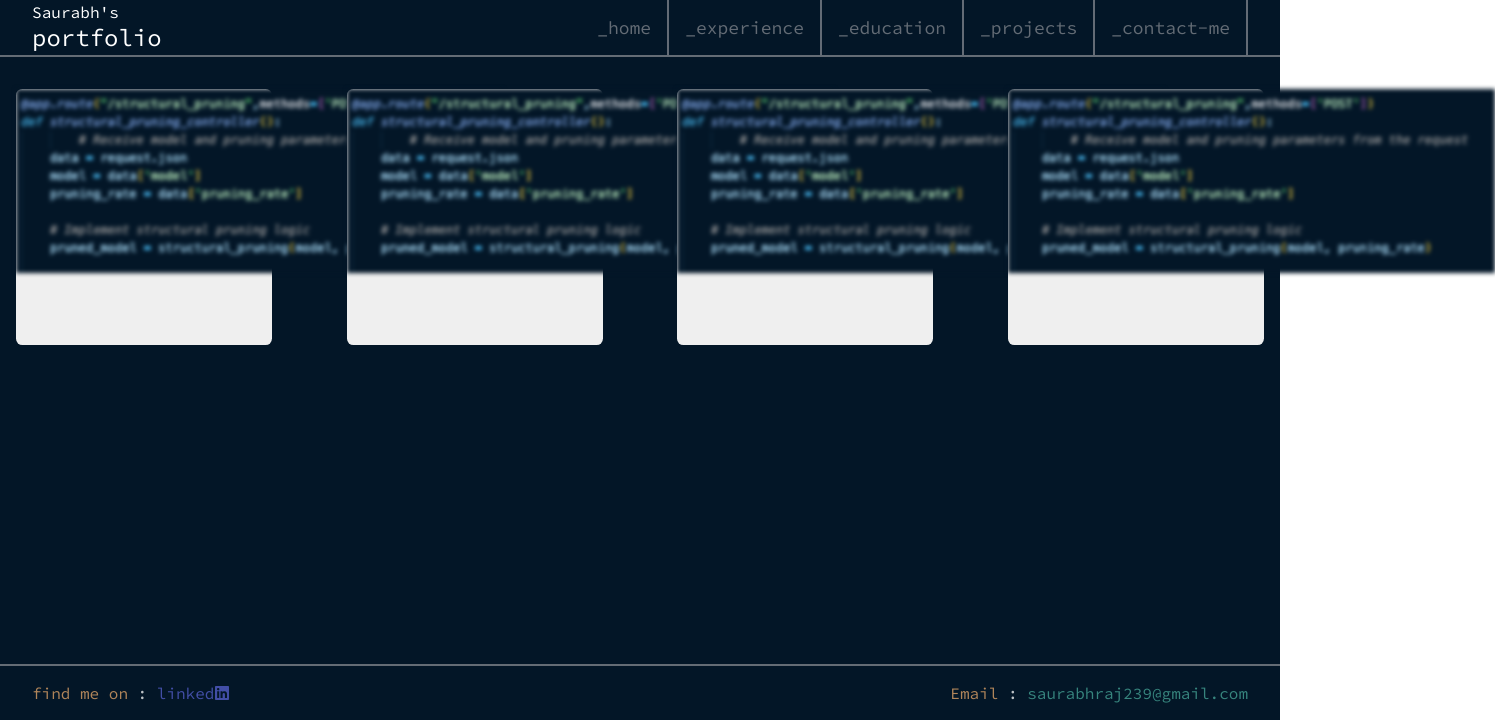
Repository: saurabhraj23/FrontendReactPortfolio
Page: /projects
An editor plug-in stored every save of this project. The page is shown before and after the next save, followed by the edit.
The browser window is 1280 px wide. The page is 1495 px wide, then 1280 px, so the pictures cover 1495 px, including what lies to the right of the window. The pictures show the whole page.
The project was rebuilt for these pictures with package versions that can differ from the ones it lists, and the page was loaded fresh each time. Also part of the build but not shown: vite.config.js, src/components/Education.jsx, src/components/Experience.jsx, src/components/Contacts.jsx, src/styles/default-page.css, src/components/DefaultPage.jsx.

Above is the page before, as saved 2024-07-23 15:02:38.

### index.html
<!doctype html>
<html lang="en">
  <head>
    <meta charset="UTF-8" />
    <link rel="icon" type="image/svg+xml" href="" />
    <meta name="viewport" content="width=device-width, initial-scale=1.0" />
    <title>Saurabh's portfolio</title>
  </head>
  <body>
    <div id="root"></div>
    <script type="module" src="/src/main.jsx"></script>
  </body>
</html>

### src/App.jsx
import React from "react";
import { BrowserRouter as Router, Route, Routes } from "react-router-dom";
import "./styles/App.css";
import Home from "./components/Home";
import Education from "./components/Education";
import Experience from "./components/Experience";
import Contacts from "./components/Contacts";
import Projects from "./components/Projects";
import Heading from "./components/Heading";
import Footer from "./components/Footer";
import DefaultPage from "./components/DefaultPage";

function App() {
  return (
    <div className="main">
      <Router>
        <Heading />
        <Routes>
          <Route path="/" element={<Home />}>
            <Route path="/" element={<DefaultPage />} />
            <Route path="/education" element={<Education />} />
            <Route path="/experience" element={<Experience />} />
            <Route path="/contacts" element={<Contacts />} />
            <Route path="/projects" element={<Projects />} />
          </Route>
        </Routes>
        <Footer />
      </Router>
    </div>
  );
}

export default App;

### src/styles/App.css
@import "./color.css";
@import "./experience.css";
@import "./education.css";
@import "./project.css";
@import "./header.css";
@import "./contact-me.css";
@import "./footer.css";
@import "./default-page.css";


*{
  margin:0;
  padding: 0;
  box-sizing: border-box;
  font-family: "Source Code Pro";
  font-weight: 400;
}

.main{
  background-color: var(--bg-color);
  color: var(--primary-white);
  height: 100vh;
  width: 100%;
  display: grid;
  grid-template-rows: 1fr 8fr 1fr;
  grid-template-columns: 4fr 3fr;
}

### src/components/Home.jsx
import React from "react";
import { Outlet } from "react-router-dom";

function Home() {
  return (
    <>
      <Outlet />
    </>
  );
}

export default Home;

### src/components/Projects.jsx
import React from "react";
import "../styles/App.css";
import { Link } from "react-router-dom";
import py from "../assets/py.png";
function Projects() {
  return (
    <>
      <div className="projects-left-side"></div>
      <div className="projects-right-side">
        <Link to={"https://github.com/saurabhraj23/OnlineBankingAppKPMG"}>
          <button className="project-item">
            <span>
              <span className="skills">
                <span className="skill-heading">Skills Used</span>
                <span>
                  Java , SpringBoot , React , Javascript , MYSQL , CSS , HTML
                </span>
              </span>
              <span>
                This Project was part of my KPMG Internship.In this I was
                assigned the task to implement security in the Web App.I have
                successfuly secured the app using RSA encryption technique.
              </span>
            </span>
            <span>OnlineBankingApp</span>
          </button>
        </Link>
        <Link to={"https://github.com/saurabhraj23/Glass-Portfolio"}>
          <button className="project-item">
            <span>
              <span className="skills">
                <span className="skill-heading">Skills Used :</span>
                <span>HTML , CSS , Javascript</span>
              </span>
              <span>
                The Website consists of some animation with glass design
                interface.Javascript DOM is used to perform click event.CSS
                property is extensively used to give the portfolio website a
                desirable look.
              </span>
            </span>
            <span>GlassPortfolio</span>
          </button>
        </Link>
        <Link to={"https://github.com/saurabhraj23/Denoising-Image"}>
          <button className="project-item">
            <span>
              <span className="skills">
                <span className="skill-heading">Skills Used</span>
                <span>Python , OpenCV</span>
              </span>
              <span>
                This project was meant to remove the periodic noise from the
                image by using Butterworth Low Pass Filter.
              </span>
            </span>
            <span>Denoising Image</span>
          </button>
        </Link>
        <Link to={"https://github.com/saurabhraj23/Pruning"}>
          <button className="project-item">
            <span>
              <span className="skills">
                <span className="skill-heading">Skills Used :</span>
                <span>Python , Flask , HuggingFace-cli , Linux</span>
              </span>
              <span>
                The Project aimed to demonstrate the capabilities of Kortex in
                enhancing AI-based operations within KPMG.I successfully
                completed the tasks assigned to me by implementing User
                Management functionalities , Optimizing and Prunining LLM models
                within Kortex.
              </span>
            </span>
            <span> Pruning of LLM</span>
          </button>
        </Link>
      </div>
    </>
  );
}

export default Projects;

### src/components/Heading.jsx
import React from "react";
import Navbar from "./Navbar";
function Heading() {
  return (
    <header className={"heading"}>
      <h2>
        <h6>Saurabh's</h6>
        portfolio
      </h2>
      <Navbar />
    </header>
  );
}

export default Heading;

### src/components/Footer.jsx
import React from "react";
import { Link } from "react-router-dom";
import { FaLinkedin } from "react-icons/fa";

function Footer() {
  return (
    <footer className="footer">
      <div>
        <span>find me on</span> <span>&nbsp;:</span>
        <Link to={"https://www.linkedin.com/in/saurabhraj239/"}>
          <span>
            &nbsp;linked
            <FaLinkedin />
          </span>
        </Link>
      </div>
      <div>
        <span>Email</span> <span> :</span>
        <span> saurabhraj239@gmail.com</span>
      </div>
    </footer>
  );
}

export default Footer;

### src/styles/color.css
@import url('https://fonts.googleapis.com/css2?family=Source+Code+Pro:ital,wght@0,200..900;1,200..900&display=swap');

:root {
--bg-color:#031627;
--primary-white:#fff;
--primary-dark:#d3d0d076;
--secondary-blue:#424ea6;
--tertiary-green:#37857e;
--tertiary-green-dark:#77E4C8;
--tertiary-brown-light:#D4BDAC;
--tertiary-orange:#b0855a;

}

### src/styles/experience.css
@import "./color.css";

.experience-left-side{
  display: none;
}
.experience-right-side{
  margin: 2rem;
  grid-column: 1/3;

}
.experience-right-side > div:first-child{
  display: flex;
  justify-content: space-between;
}
.experience-right-side>div:first-child>span:nth-child(2) span{
display: inline-block;
}
.experience-right-side>div:first-child>span:nth-child(2)>span:nth-child(2){
  animation: present 2s infinite alternate ease-in-out;

}

@keyframes present {
  from{

    opacity: 0;
  }
  to{

    opacity: 1;
  }
}

.experience-right-side>div:first-child>span:first-child{
  font-size: 1.4rem;
  color: var(--secondary-blue);
  font-weight: 600;
  margin-bottom: 3rem;
  text-decoration: underline;
}

.experience-right-side span{
  display: block;
}

.internship-details{
  display: flex;
  flex-direction: column;
}
.internship-details>span:first-child{
  font-size: 1.2rem;
  color: var(--tertiary-green);
  font-weight: 600;
  letter-spacing: 0.2rem;
  margin-bottom:1rem ;


}
.internship-details>span:nth-child(2){
  /* letter-spacing: 0.1rem; */
  color: var(--tertiary-brown-light);

}

.internship-details>span:nth-child(2)>span:first-child{
  font-size: 1.1rem;
  font-weight: 500;
  color: var(--tertiary-orange);

}


.internship-details>span:first-child span{
  display: inline-block;

}

.internship-details>span:nth-child(2)>span:first-child{
  letter-spacing: 0.2rem;
}

.internship-details>span:first-child>span:first-child{
  animation: arrowMove 1.6s infinite alternate ease-in-out;
  }

.fte-details{
  display: flex;
  flex-direction: column;
  margin-top: 2rem;

}
.fte-details>span:first-child{
  font-size: 1.2rem;
  color: var(--tertiary-green);
  font-weight: 600;
  letter-spacing: 0.2rem;
  margin-bottom: 1rem;

}

.fte-details>span:nth-child(2){
  color: var(--tertiary-brown-light);
}

.fte-details>span:nth-child(2)>span:nth-child(1)>span:first-child{
  color: var(--tertiary-orange);
  font-size: 1.1rem;
  font-weight: 500;
  }

.fte-details>span:nth-child(2)>span:nth-child(2)>span:first-child{
  letter-spacing: 0.2rem;
}
.fte-details>span:nth-child(2)>span:nth-child(1)>span:first-child{
  letter-spacing: 0.2rem;
}

.fte-details>span:nth-child(2)>span:nth-child(2){
  margin-top: 1rem;
}
.fte-details>span:nth-child(2)>span:nth-child(2)>span:first-child{
font-size: 1.1rem;
font-weight: 500;
color: var(--tertiary-orange);
}

.fte-details>span:first-child span{
  display: inline-block;
}

.fte-details>span:first-child>span:first-child{
animation: arrowMove 1.6s infinite alternate ease-in-out;
}

@keyframes arrowMove {
  from{
    transform: translateX(-0.6rem);
  }
  to{
    transform: translateX(0);
  }
}

.current-working  span{
  display: inline-block;
  animation: colorChange 2s infinite alternate ease-in-out ;

}

@keyframes colorChange {
  from{
color: var(--tertiary-brown-light);
  }

  to{
    color: var(--primary-white);

  }
}
.current-working{
  display: flex;
  flex-direction: row;
}

### src/styles/education.css
 @import "./color.css";

.education-left-side{
  display: none;
}
.education-right-side{
  margin: 2rem ;
  grid-column: 1/3;

}

.education-right-side{
  display: flex;
  flex-direction: column;
}

.degrees{
  display: flex;
  justify-content: space-between;
  margin-bottom: 2rem;
}

.degrees>span:first-child>h2{
  color: var(--tertiary-orange);
}
.degrees>span:first-child>h4{
  color: var(--tertiary-green);
}
.degrees>span:first-child>h5{
  color: var(--tertiary-brown-light);
  font-weight: 600;
}

.degrees>span:first-child>h3{
  display: flex;
  flex-direction: row;
}

.degrees>span:first-child>h3>span:nth-child(2){
  color: var(--tertiary-green-dark);
  animation: passed 2s infinite alternate ease-in-out;
}

@keyframes passed {
  from{
opacity: 0;
  }
  to{
opacity: 1;
  }
}
.degrees span:first-child {
  display: flex;
  flex-direction: column;
  gap: 0.6rem;
}
.degree-year{
  color: var(--tertiary-orange);
}

### src/styles/project.css
.projects-left-side{
  border: 1px solid red;
  display: none;
}
.projects-right-side{
  grid-column: 1/3;
  padding: 1rem;
  display: flex;
  justify-content: space-between;
  text-decoration: none;
  position: relative;
}

.projects-right-side > a{
  text-decoration: none;
}

.project-item{
  width: 20vw;
  height: 20vw;
  display: flex;
  justify-content: center;
  align-items: center;
  position: relative;
  flex-direction: column;
  border-radius: 0.4rem ;
  border: none;

}

.project-item:hover{
  cursor: pointer;
  box-shadow: 0 0.12rem 0.6rem 0.2rem var(--tertiary-orange);
  border: 0.20rem solid var(--secondary-blue);


}

.project-item span{
  display: inline-block;
  padding: 0.5rem;
}


.project-item>span:first-child{
  display: none;
}

.project-item:hover span:first-child{
  display: contents;
  color: var(--tertiary-orange);
  transition: all 2s;
}

.project-item>span:last-child{
  color: var(--secondary-blue);
transition: all 2s;
font-size: 1.2rem;
}

.project-item:hover >span:last-child{
  width: 100%;
  position: absolute;
  bottom: 0;
  text-align: center;
  font-size: 1.4rem;
  }

  .project-item::before{
    content:url(../assets/py.png);
    position: absolute;
    /* background-image: url(../assets/py.png); */
    filter: blur(2px);
    top: 0;
    bottom: 0rem;
    left: 0;
    right: 0;
  }

  .project-item:hover::before{
content: "_click to visit the github repo";
position: absolute;
bottom: -2rem;
color: var(--tertiary-orange);
  }

### src/styles/header.css
.heading{
  grid-column: 1/3;
  display: flex;
  justify-content: space-between;
  align-items: center;
  border-bottom: 0.16rem solid var(--primary-dark);
  padding:0 2rem;
  margin-bottom: 1rem;
  }

  nav button{
    padding: 1rem;
    background-color: transparent;
    cursor: pointer;
    font-size: large;
    color: var(--primary-dark);
    border: none;
    border-right: 0.16rem solid var(--primary-dark);
  }

  nav button:hover{
    color: var(--primary-white);
    box-shadow: inset 0 -0.16rem 0 0 var(--tertiary-green);

  }

  .active{
    /* box-shadow: inset 0 -0.16rem 0 0 var(--tertiary-green); */
    color: var(--tertiary-green);
  }

### src/styles/contact-me.css
@import "../styles/color.css";

.contact-me-left-side{
  display: none;
}

.contact-me-right-side{
  grid-column: 1/3;
  display: grid;
  grid-template-columns: 2fr 1.1fr;
padding:  0 2rem;
}

.contact-me-left{
  /* border: 1px solid green; */
  padding: 1rem 2rem;
display: flex;
flex-direction: column;
gap: 0.7rem;

}

.contact-me-right{
  background-color: var(--primary-white);
  border-radius: 3%;
  padding: 1rem 2rem;
  color: var(--tertiary-green);
}

.image{
display: flex;
flex-direction: column;
align-items: center;
justify-content: center;
position: relative;
}

.image>img{
  width: 40%;
  object-fit: contain;
  border-radius: 50%;
  position: relative;
  z-index: 10;
}

.contact-me-left>span:first-child {
  font-size: 2.2rem;
  letter-spacing: 0.4rem;
  font-weight: 500;
}
.contact-me-left>span:first-child span{
  font-size: 2rem;
  letter-spacing: 0.4rem;
  color: var(--tertiary-green-dark);
  font-weight: 500;

}

.contact-me-left span{
  font-size: 1rem;
}
.contact-me-left a{
  text-decoration: none;
}
.contact-me-left a:visited{
color: var(--primary-white);
}

.circle{
  /* border: 1px solid red; */
  width: 44%;
  padding-top: 44%;
  border-radius: 50%;
  position: absolute;
  background-color: var(--tertiary-green);
  /* transform: translateX(-4rem); */
  z-index: 8;
  animation: round 4s infinite alternate ease-in-out;
}

@keyframes round {
  from{
background-color: val(--bg-color);
transform: scale(0);
  }
  50%{
    background-color: val(--secondary-blue);
    transform: scale(0.9);
  }
  to{
    background-color: val(--tertiary-green);
    transform: scale(1);
  }
}

.contact-details>span:first-child{
color: var(--tertiary-green-dark);
}

form{
display: flex;
flex-direction: column;
font-size: larger;
letter-spacing: 0.1rem;


}
.contact-me-form-heading{
text-align: center;
font-size: 2rem;
  width: 100%;

padding: 0.6rem;
border-radius: 0.4rem;
letter-spacing: 0.2rem;
box-shadow: 0 0.12rem 0 0.2rem var(--tertiary-green);

}


.contact-me-form-heading>span{

}

.fields{
  display: flex;
  flex-direction: column;
  margin-top: 1.8rem;

}

.fields>input{
  height: 2rem;
  border: none;
  outline: none;
  border-bottom: 0.16rem solid var(--primary-dark);
  font-size: 1rem;
  box-sizing:border-box;
  padding: 0.6rem;
  letter-spacing: 0.1rem;


}

.fields>input:focus{
border-bottom: 0.2rem solid var(--tertiary-green);

}

form div:nth-of-type(5)>textarea{
/* height: 8rem; */
outline: 0.12rem solid var(--primary-dark);
border-radius: 0.4rem;
padding-left: 1rem;
margin-top: 1rem;
padding: 0;
border: none;
border-bottom: 0.16rem solid var(--primary-dark);
font-size: 1rem;
resize: none;
box-sizing: border-box;
padding:0.6rem ;
}

.fields>textarea:focus{
  /* border-bottom: 0.2rem solid var(--tertiary-green); */
  box-shadow: 0 0.2rem 0 0 var(--tertiary-green)

  }

form> button{
font-size: large;
padding: 0.6rem 0.6rem;
border-radius: 2rem;
border: none;
cursor: pointer;
color: var(--primary-white);
background-color: var(--tertiary-green);
margin-top: 1rem;
}

.radio{
  display: flex;
  flex-direction: row;
  justify-content: space-evenly;
padding-top: 2rem;
}

.radio>span>label{
margin-left: 1rem;
/* font-size: larger; */
}

.radio>span>input{
  scale: 1.2;
  }

### src/styles/footer.css
.footer{
  grid-column: 1/3;
  display: flex;
  flex-direction: row;
  justify-content: space-between;
  align-items: center;
  padding: 0 2rem;
  border-top: 0.16rem solid var(--primary-dark);
margin-top: 1rem;
}

.footer > div:first-child{
  display: flex;
  align-items: center;
  justify-content: center;
}

.footer > div:first-child > span:first-child{
  color: var(--tertiary-orange);
}
.footer > div:first-child > a>span{
  color: var(--secondary-blue);
  display: flex;
  align-items: center;
  justify-content: center;
}

.footer > div:nth-of-type(2) > span:nth-of-type(1){
  color: var(--tertiary-orange);
}
.footer > div:nth-of-type(2) > span:nth-of-type(3){
  color: var(--tertiary-green);
}

.footer>div:first-child >a{
text-decoration: none;
color: var(--secondary-blue);
}

.footer>div:first-child span:nth-child(2){
  animation: blink 2s infinite alternate linear;
}
.footer>div:last-child span:nth-child(2){
  animation: blink 2s infinite alternate linear;
  color: white;
}

@keyframes blink {
  from{
    opacity: 0;
  }
  to{
    opacity: 1;
  }
}

### src/components/Navbar.jsx
import React, { useRef, useState } from "react";
import { Link } from "react-router-dom";

function Navbar() {
  const navBar = [
    { path: "/", label: "_home" },
    { path: "/experience", label: "_experience" },
    { path: "/education", label: "_education" },
    { path: "/projects", label: "_projects" },
    { path: "/contacts", label: "_contact-me" },
  ];

  const [activeIndex, setActiveIndex] = useState(false);

  return (
    <nav>
      {navBar.map((element, idx) => (
        <Link key={idx} to={element.path}>
          <button
            className={activeIndex === idx ? "active" : ""}
            onClick={() => {
              setActiveIndex(idx);
            }}
          >
            {element.label}
          </button>
        </Link>
      ))}
    </nav>
  );
}

export default Navbar;

Loaded but not shown: src/main.jsx (common file); src/index.css (no stored copy; drawn as an empty file)

After the next save:
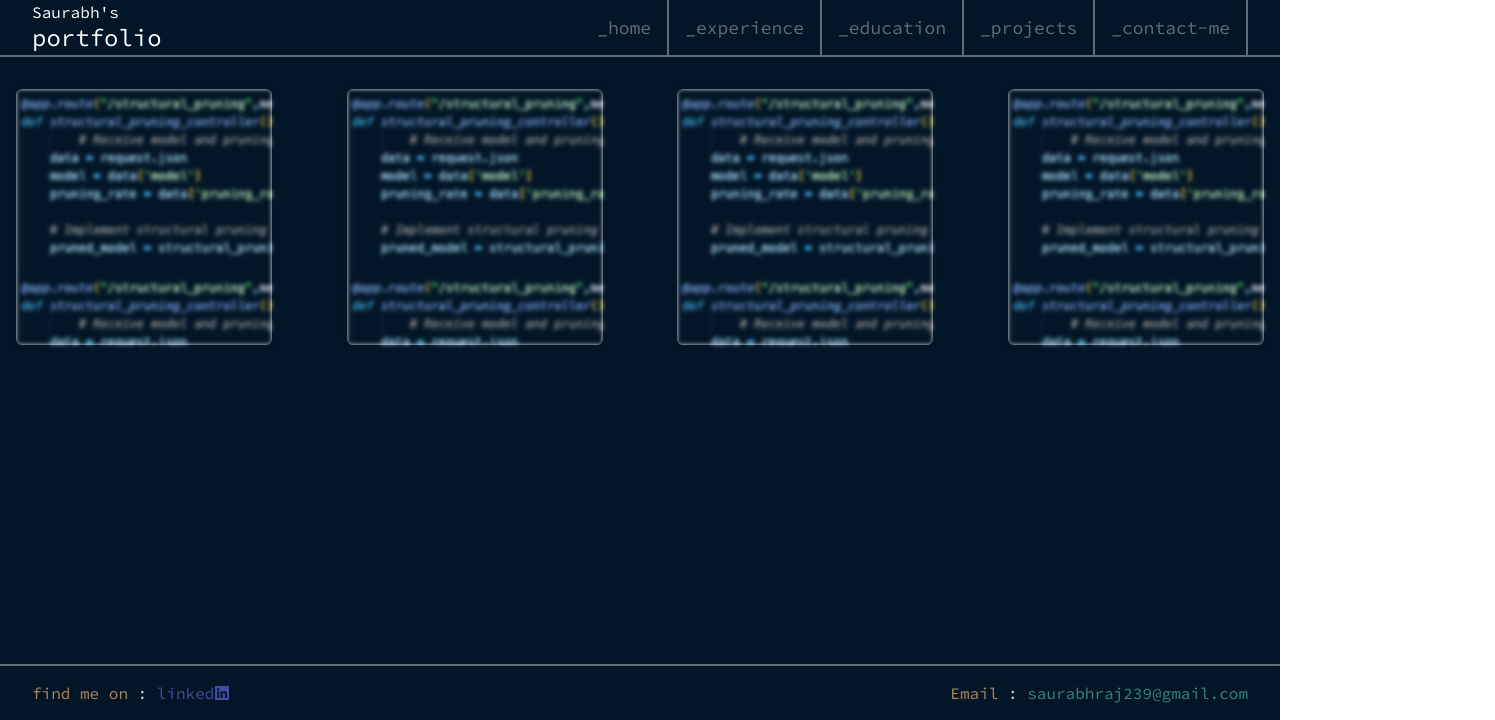
Saved 10 s later.
--- a/src/styles/project.css
+++ b/src/styles/project.css
@@ -67,9 +67,9 @@ font-size: 1.2rem;
   }
 
   .project-item::before{
-    content:url(../assets/py.png);
+    content: "";
     position: absolute;
-    /* background-image: url(../assets/py.png); */
+    background-image: url(../assets/py.png);
     filter: blur(2px);
     top: 0;
     bottom: 0rem;
